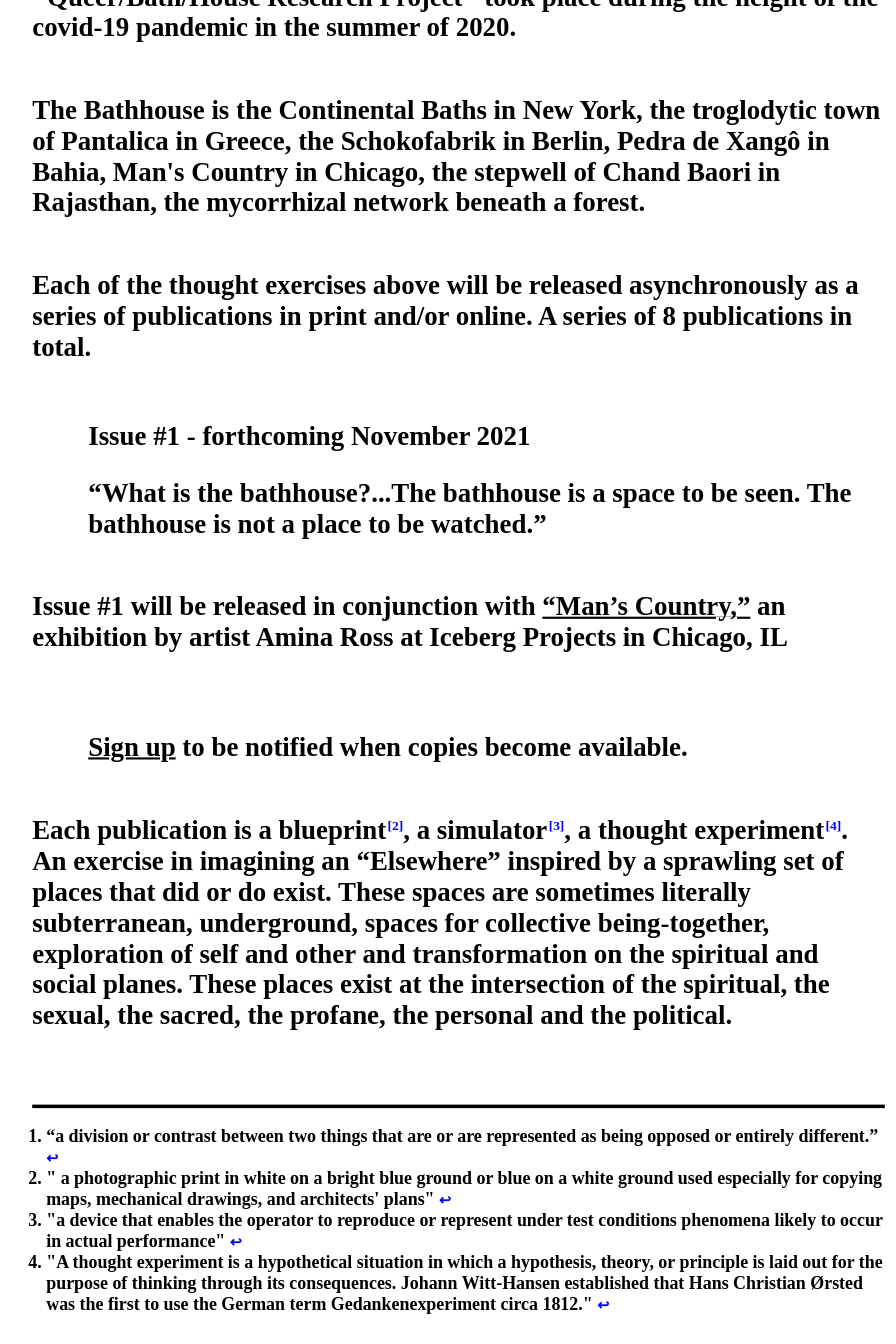
Repository: ayoungblood2/bathhouse.online
Page: index.html
These files come from the project's save history. The page is drawn as it stood at one moment and after the next save; the edit follows.
The browser window is 1280 px wide. The pictures show the part of the page from y = 2450 to 4370 px (the page is 4370 px tall), at 70% of full size.
An inner scrolling area shows only its first screen. Backgrounds fixed to the window are drawn as part of the page. Some web fonts or font styles are not loaded; a fallback is used.

Above is the page before, as saved 2021-10-16 18:42:53.
Not found: js/layout_main.js
Not found: js/three_main.js
Not found: style.css

### index.html
<!DOCTYPE html>
<html>

<head>
    <meta charset="UTF-8">
    <meta name="viewport" content="width=device-width, initial-scale=1.0, maximum-scale=1.0, user-scalable=no" />
    <title>bathhouse.online</title>
    <link rel="apple-touch-icon" sizes="180x180" href="/apple-touch-icon.png">
    <link rel="icon" type="image/png" sizes="32x32" href="/favicon-32x32.png">
    <link rel="icon" type="image/png" sizes="16x16" href="/favicon-16x16.png">
    <link rel="manifest" href="/site.webmanifest">
    <link rel="stylesheet" href="style.css">
    <script src="http://code.jquery.com/jquery-1.12.0.min.js"></script>
    <link rel='dns-prefetch' href='//ajax.googleapis.com' />
    <meta name="keywords" content="Amina Ross, Avery Youngblood">
    <meta name="author" content="Avery Youngblood">
    <script type="text/javascript" src="./js/layout_main.js"></script>
    <script type="text/javascript" src="./js/three_main.js"></script>

    <style>
        @font-face {
            font-family: Avenir Next Heavy;
            src: url(fonts/AvenirNext.ttc);
        }

        body,
        html {
            height: 100%;
            width: 100%;
            margin: 0;
            padding: 0;
            overflow-x: hidden;
        }

        *,
        *:before,
        *:after {
            box-sizing: inherit;
        }

        .bg {

            background-image: url('images/20211010224425098.gif');


            /* Full height */
            height: 100%;

            /* Center and scale the image nicely */
            background-position: center;
            background-repeat: no-repeat;
            background-size: cover;
            position: relative;
            top: 0;
            left: 0;

            /* padding: 100px; */

            font-family: "Avenir Next Heavy";

        }




        .txt {
            position: absolute;
            top: 10px;
            left: 30px;
            font-family: "Avenir Next Heavy";
        }

        h1 {
            font-size: 10vw;
            text-align: center;
        }

        p {
            font-size: 3vw;
        }

        .parallax {
            /* The image used */
            background-image: url('images/20211010224425098.gif');

            /* Full height */
            height: 100%;

            /* Create the parallax scrolling effect */
            background-attachment: fixed;
            background-position: center;
            background-repeat: no-repeat;
            background-size: cover;
        }

        .container {
            padding: 10px;
            width: 2em;
        }

        .item {
            width: 50%;
            width: fit-content;
            padding: 5px;
            /* margin-bottom: 1em; */
        }


        @media only screen and (max-width:900px) {
            h1 {
                font-size: 8vw;
                font-family: "Avenir Next Heavy";

            }

            .bg {
                /* padding: 0px; */

            }

            .txt{
                top: 0;
                left: 0;
            }

            p {
                font-size: 8vw;
                font-family: "Avenir Next Heavy";

            }
        }

        .top {
            /* padding: 1em; */
            /* display: grid; */
            /* grid-gap: 3em; */
            grid-template-columns: repeat(1, 250px);
        }

        .quote {
            padding: 1em;
            /* border-radius: .3em; */
            /* box-shadow: 10px 10px 30px rgba(0, 0, 0, 0.1); */
        }

        p {
            margin-top: 0;
            /* margin-right: 20px; */
            font-size: 3vw;
        }

        span {
            font-weight: bold;
            position: relative;
            /* margin-left: 20px; */
        }

        :before {
            content: '';
            position: fixed;
            height: 1px;
            width: 20px;
            /* border-bottom: 1px solid black; */
            top: 20px;
        }




        @media(min-width:950px) {
            .top {
                grid-template-columns: repeat(2, 250fr);
                font-family: "Avenir Next Heavy";
            }
        }

        .tab {
            margin-left: 80px;
        }



        footer {
            margin-top: 50px;
            border-top: 5px solid black;
            font-size: 2vw;
            font-family: "Avenir Next Heavy";
        }

        footer ol {
            padding-left: 20px;
        }

        /**
 * Initialiazing a `footnotes` counter on the wrapper
 */
        article {
            counter-reset: footnotes;
            font-family: "Avenir Next Heavy";
        }

        /**
 * Inline footnotes references
 * 1. Increment the counter at each new reference
 * 2. Reset link styles to make it appear like regular text
 */
        [aria-describedby="footnote-label"] {
            counter-increment: footnotes;
            /* 1 */
            text-decoration: none;
            /* 2 */
            color: inherit;
            /* 2 */
            cursor: default;
            /* 2 */
            outline: none;
            /* 2 */
        }

        /**
 * Actual numbered references
 * 1. Display the current state of the counter (e.g. `[1]`)
 * 2. Align text as superscript
 * 3. Make the number smaller (since it's superscript)
 * 4. Slightly offset the number from the text
 * 5. Reset link styles on the number to show it's usable
 */
        [aria-describedby="footnote-label"]::after {
            content: '['counter(footnotes)']';
            /* 1 */
            vertical-align: super;
            /* 2 */
            font-size: 0.5em;
            /* 3 */
            margin-left: 2px;
            /* 4 */
            color: blue;
            /* 5 */
            /* text-decoration: underline; */
            /* 5 */
            cursor: pointer;
            /* 5 */
        }

        /**
 * Resetting the default focused styles on the number
 */
        [aria-describedby="footnote-label"]:focus::after {
            outline: thin dotted;
            outline-offset: 2px;
        }

        [aria-label="Back to content"] {
            font-size: 0.8em;
        }

        /**
 * Highlight target note
 */
        footer :target {
            background: yellow;
            padding: 1.5%;
            background-clip: border-box;
        }

        /**
 * Visually hidden yet accessible content
 */
        .visually-hidden {
            position: absolute;
            clip: rect(0 0 0 0);
            visibility: hidden;
            opacity: 0;
        }
    </style>

<body>


    <div class="parallax"></div>

    <div class="bg"></div>

    <div class="txt">

        <h1>bathhouse.online</h1>

        <span style="font-family: Avenir Next Heavy">

            <div class="top">
                <div class="quote">
                    <article>
                        <p style="font-size: 5vw;">

                            The bathhouse is safe. <br>The bathhouse is not secure.<br><br>
                            The bathhouse is a space to be seen. <br>The bathhouse is not a place to be watched.<br><br>
                            The bathhouse is sensual. <br>The bathhouse is not unspiritual.<br><br>
                            The bathhouse is a space for meaningful work. <br>The bathhouse is not a workplace.<br><br>
                            The bathhouse is a technology. <br>The bathhouse is not a machine.<br><br>
                            The bathhouse is immersive. <br>The bathhouse is not without a body.<br><br>
                            The bathhouse is sweating. <br>The bathhouse is not drained.<br><br>
                            The bathhouse is gone. <br>The bathhouse is not over.<br>
                        </p>

                        <br>

                        <p>
                            “The Bathhouse” is a yet-to-exist space, generated through a set of (false) <a
                                href="#footnotes" aria-describedby="footnote-label" id="footnotes-ref">dichotomies</a>
        </span>,
        core questions, reflections and exercises. The characteristics of The Bathhouse are drawn from
        the
        "Queer/Bath/House Research Project" - A research project conceived of by <a style="color: black; "
            href=aminaross.com>Amina
            Ross</a>, carried forward with artist and summer research assistant <a style="color: black; "
            href=https://nguyenbao.myportfolio.com>
            Bao Nguyen</a>. "Queer/Bath/House Research Project" took place during the
        height of the covid-19 pandemic in the summer of 2020.

        </p>
        <br> <br>
        <p>
            The Bathhouse is the Continental Baths in New York, the troglodytic town of Pantalica in Greece,
            the
            Schokofabrik in Berlin, Pedra de Xangô in Bahia, Man's Country in Chicago, the stepwell of Chand
            Baori in Rajasthan, the mycorrhizal network beneath a forest.


        </p>
        <br> <br>
        <p>
            Each of the thought exercises above will be released asynchronously as a series of publications
            in
            print and/or online. A series of 8 publications in total.<br><br>
        <p class="tab">Issue #1 - forthcoming November 2021</p>
        <p class="tab">“What is the bathhouse?...The bathhouse is a space to be seen. The bathhouse is not a
            place to be
            watched.”</p>
        </p>
        <br> <br>
        <p>
            Issue #1 will be released in conjunction with <a style="color: black;"
                href=https://icebergchicago.com>“Man’s
                Country,”</a> an exhibition by artist Amina Ross at Iceberg Projects in Chicago, IL
        </p>
        <br> <br>
        <p>

        <p class="tab"><a style="color: black;" href=https://forms.gle/NMAofWzGxNe4W74i9>Sign up</a> to be notified when
            copies become
            available.</p>

        </p>
        <br> <br>
        <p>
            Each publication is a <a href="#css" aria-describedby="footnote-label" id="css-ref">blueprint</a></span>, a
            <a href="#css-counters" aria-describedby="footnote-label" id="css-counters-ref">simulator</a></span>, a
            thought <a href="#css-counters-2" aria-describedby="footnote-label"
                id="css-counters-ref-2">experiment</a></span>. An exercise in imagining an
            “Elsewhere” inspired by a sprawling set of places that did or do exist. These spaces are
            sometimes
            literally subterranean, underground, spaces for collective being-together, exploration of self
            and
            other and transformation on the spiritual and social planes. These places exist at the
            intersection
            of the spiritual, the sexual, the sacred, the profane, the personal and the political.

        </p>
        <br>

        </article>

        <footer>

            <ol>
                <li id="footnotes"><a style="text-decoration: none; color: black;"
                        href=https://www.lexico.com/en/definition/dichotomy>“a division or contrast between two
                        things that
                        are or are represented as
                        being opposed or entirely different.”</a>

                    <a href="#footnotes-ref" aria-label="Back to content"
                        style="color: blue; text-decoration: none;">↩</a>

                </li>

                <li id="css"><a style="text-decoration: none; color: black;"
                        href=https://www.merriam-webster.com/dictionary/blueprint#:~:text=Blueprint%20%7C%20Definition%20of%20Blueprint%20by%20Merriam%2DWebster>"
                        a photographic print in white on a bright blue ground or blue on a white ground
                        used especially for copying maps, mechanical drawings, and architects' plans"</a>

                    <a href="#css-ref" aria-label="Back to content" style="color: blue; text-decoration: none;">↩</a>

                </li>

                <li id="css-counters"><a style="text-decoration: none; color: black;"
                        href=https://www.merriam-webster.com/dictionary/simulator>"a device that enables the
                        operator to reproduce or represent under test
                        conditions phenomena likely to occur in actual performance"</a>

                    <a href="#css-counters-ref" aria-label="Back to content"
                        style="color: blue; text-decoration: none;">↩</a>

                </li>

                <li id="css-counters-2"><a style="text-decoration: none; color: black;"
                        href=https://en.wikipedia.org/wiki/Thought_experiment>"A thought experiment is a
                        hypothetical situation in which a hypothesis, theory, or principle is laid out for the
                        purpose of thinking through its consequences. Johann Witt-Hansen established that Hans
                        Christian Ørsted was the first to use the German term Gedankenexperiment circa
                        1812."</a>

                    <a href="#css-counters-ref-2" aria-label="Back to content"
                        style="color: blue; text-decoration: none;">↩</a>

                </li>

            </ol>
        </footer>

    </div>

    </div>

    </span>

    </div>

    <div class="parallax"></div>


</body>

<script>
    $(function () {
        var previousScroll = 0;
        $(window).scroll(function (event) {
            var scroll = $(this).scrollTop();
            var heading = $('.parallax');

            if (scroll > 600) {
                console.log('scrolling down');
                heading.fadeIn("slow", function () {
                    heading.css('opacity', '0.4');
                });
            } else {
                heading.fadeIn("slow", function () {
                    heading.css('opacity', '1');
                });
            }
            previousScroll = scroll;
        });
    })
</script>
</head>

</html>

After the next save:
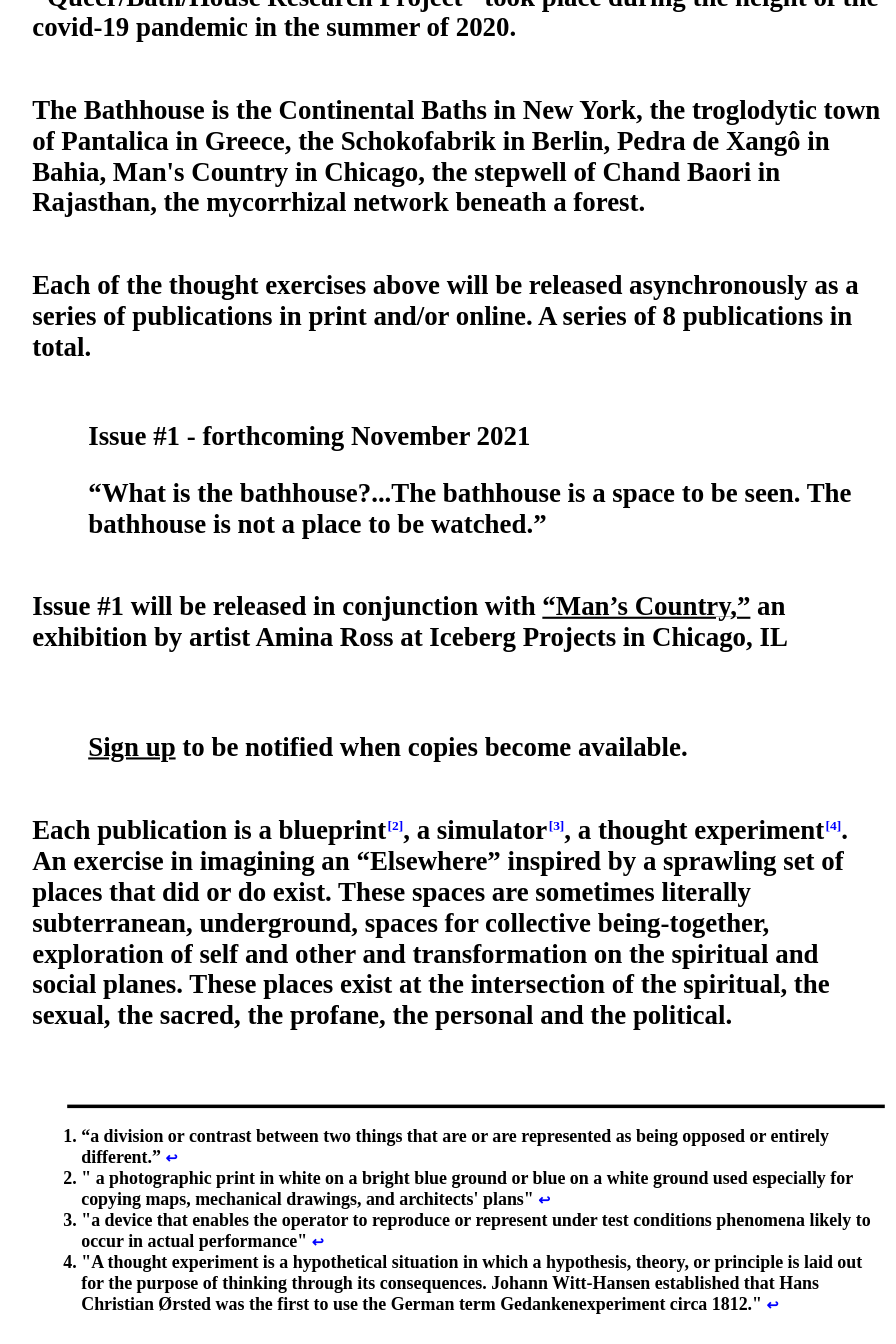
Saved 2 min 12 s later.
--- a/index.html
+++ b/index.html
@@ -185,6 +185,7 @@
             border-top: 5px solid black;
             font-size: 2vw;
             font-family: "Avenir Next Heavy";
+            margin-left: 50px;
         }
 
         footer ol {
